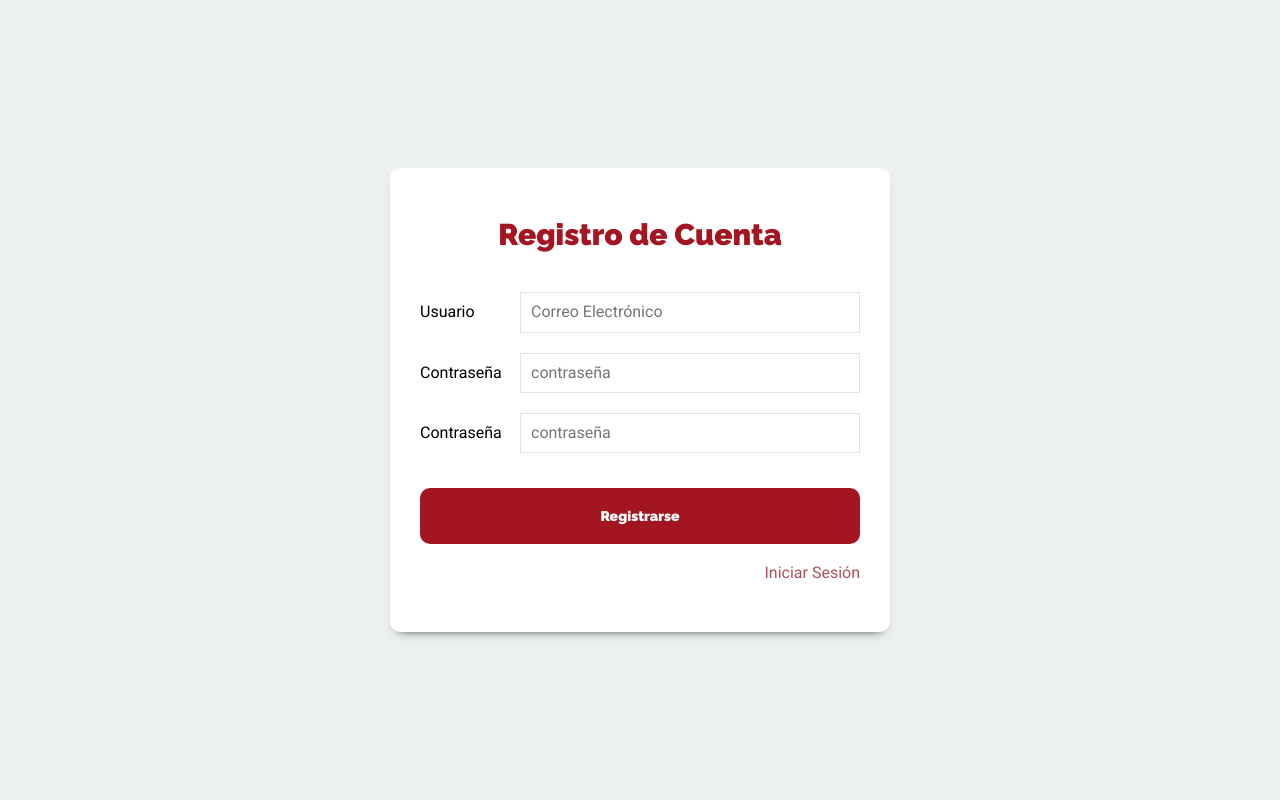
Repository: andrescovarrubias/admin-proyectos
Page: /nueva-cuenta (app in cliente/)
An editor plug-in stored every save of this project. The page is shown before and after the next save, followed by the edit.
The browser window is 1280 px wide. The pictures show the whole page.
The project was rebuilt for these pictures with package versions that can differ from the ones it lists, and the page was loaded fresh each time. Also part of the build but not shown: cliente/src/components/auth/Login.jsx, cliente/src/components/proyectos/Proyectos.jsx.

Above is the page before, as saved 2020-10-31 16:54:07.

After the next save:
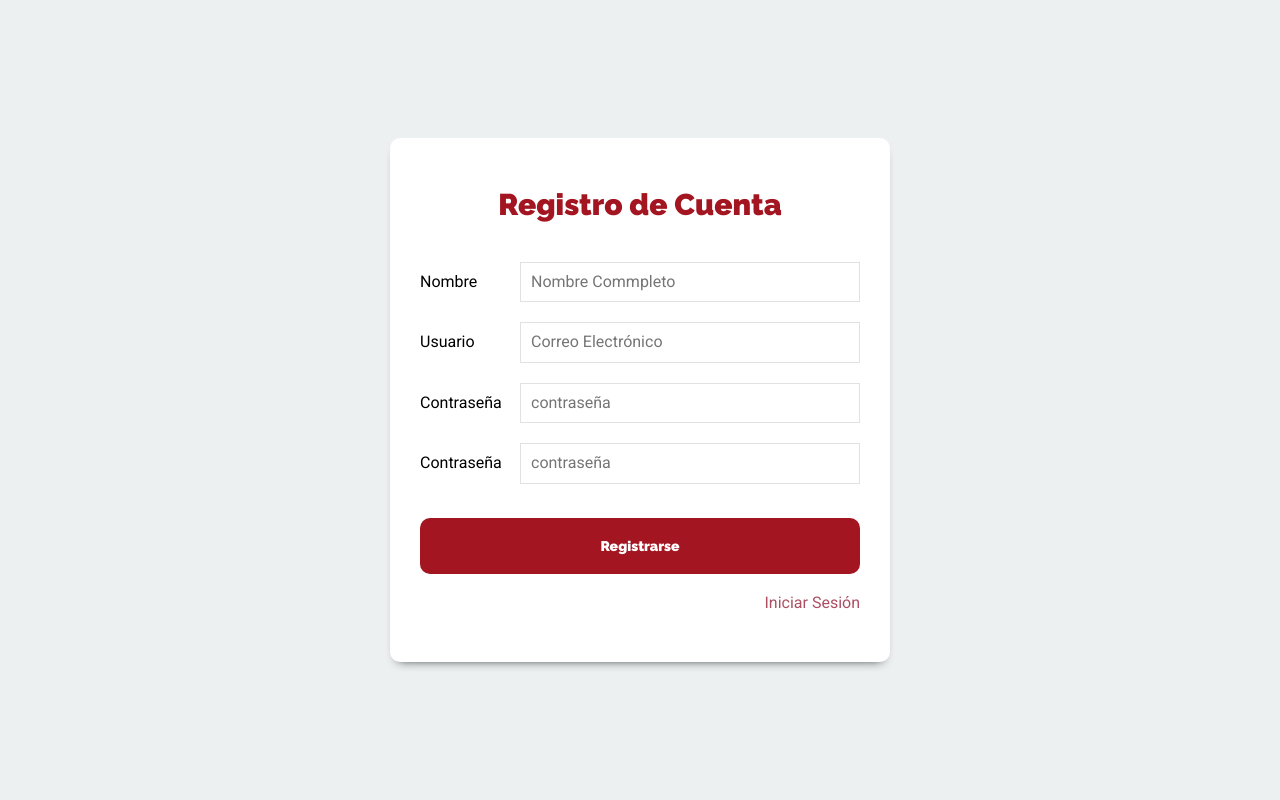
Saved 45 s later.
--- a/cliente/src/components/auth/NuevaCuenta.jsx
+++ b/cliente/src/components/auth/NuevaCuenta.jsx
@@ -39,11 +39,24 @@ const NuevaCuenta = () => {
                          onSubmit = {onSubmit}
                     >
                          <div className="campo-form">
-                              <label htmlFor="nombre">Usuario</label>
+                              <label htmlFor="nombre">Nombre</label>
                               <input
                                    type="text"
                                    id="nombre"
                                    name="nombre"
+                                   placeholder="Nombre Commpleto"
+                                   autocomplete="off"
+                                   required
+                                   value={email}
+                                   onChange={onChange}
+                              />
+                         </div>
+                         <div className="campo-form">
+                              <label htmlFor="email">Usuario</label>
+                              <input
+                                   type="email"
+                                   id="email"
+                                   name="email"
                                    placeholder="Correo Electrónico"
                                    autocomplete="off"
                                    required
